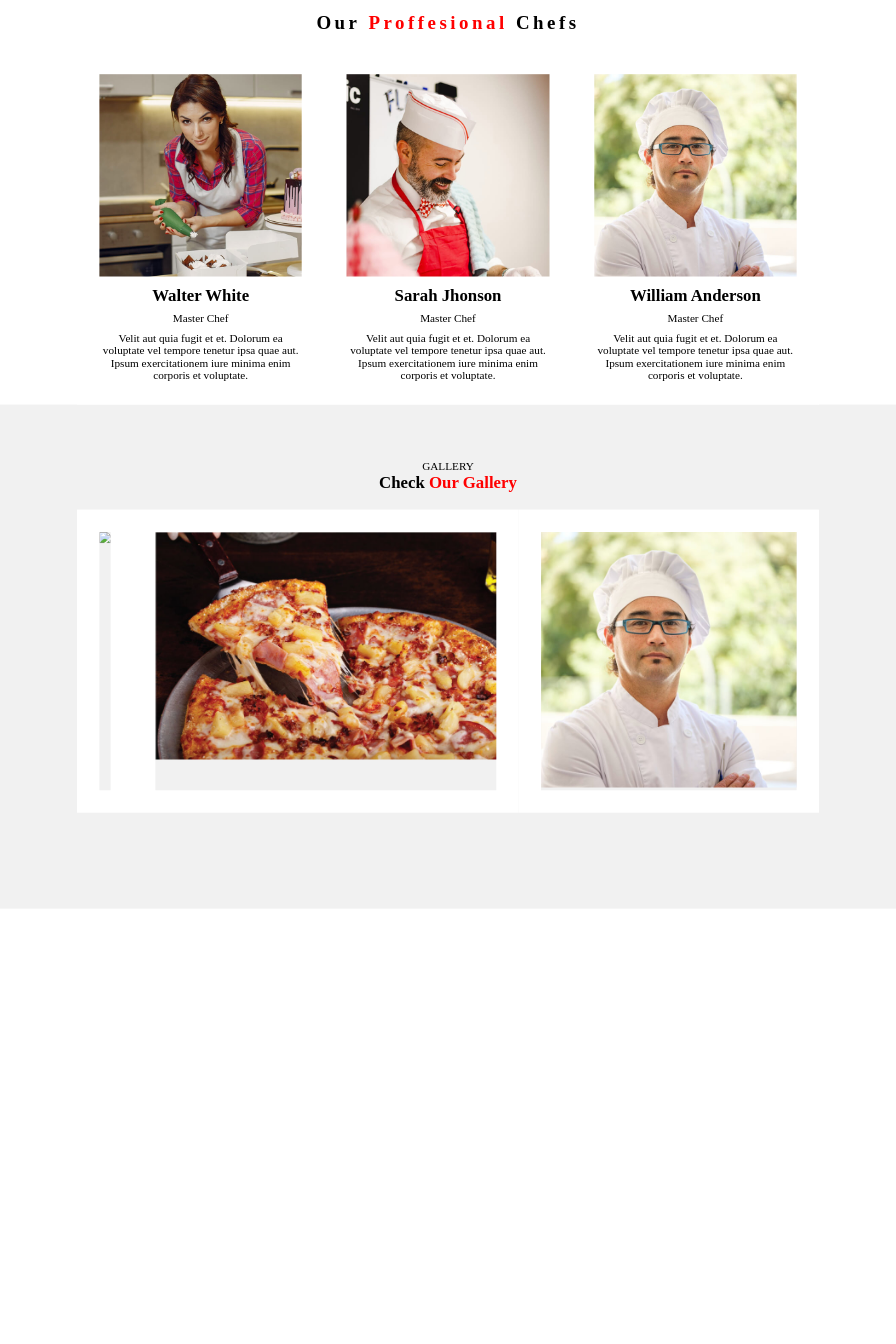
Repository: Ahmedalid/New-project
Page: Rout/index.html
The author's editor kept a copy of each file at every save. The page is drawn from the files as they stood at one save, then again after a run of saves.
The browser window is 1280 px wide. The pictures show the part of the page from y = 850 to 2770 px (the page is 5000 px tall), at 70% of full size.

Above is the page before, as saved 2023-06-08 11:38:02.
Not found: Rout/img/meal-1 (1).jpg alt=

### Rout/index.html
<!DOCTYPE html>
<html lang="en">

<head>
    <meta charset="UTF-8">
    <meta http-equiv="X-UA-Compatible" content="IE=edge">
    <meta name="viewport" content="width=device-width, initial-scale=1.0">
    <link rel="stylesheet" href="https://cdnjs.cloudflare.com/ajax/libs/font-awesome/6.4.0/css/all.min.css">
    <link rel="stylesheet" href="css/style.css">
    <title>Document</title>
</head>

<body>
    <!-- Start NavBar -->
    <nav>
        <div class="div-nav">
            <div class="nav-logo">
                <h1>Mealify</h1>
            </div>
            <div class="nav-item">
                <ul>
                    <li><a href="default.asp" class="home-actiev">Home</a></li>
                    <li><a href="" class="text-color">Chefs</a></li>
                    <li><a href="" class="text-color">Gallery</a></li>
                    <li><a href="" class="text-color">Contact</a></li>
                </ul>
            </div>
            <div class="nav-icon">
                <span><i class="fa-solid fa-moon"></i></span>
            </div>
        </div>
    </nav>
    <!-- End NavBar -->

    <!-- Start Header -->
    <header>
        <div class="div-header">
            <div class="content-header container">
                <h2 class="mt li">Enjoy Your Healthy</h2>
                <h2 class="mt li">Delicious Food</h2>
                <p class="mt text-color">Sed autem laudantium dolores. Voluptatem itaque ea consequatur eveniet.
                    Eum quas beatae cumque eum quaerat.</p>
                <div class="d-flex">
                    <button class="btn-Boolatable">Bool a Table</button>
                    <div class="d-flex mt  ">
                        <a href="" class="icone-headphones"> <span class="headphones d-center"> <i
                                    class="fa-solid fa-headphones "></i></span> </a>
                        <span class="Video">Watch a Video</span>
                    </div>
                </div>
            </div>
            <div class="content-header container">
                <div class="img-header ">
                    <img src="img/hero-img.png" alt="">
                </div>
            </div>
        </div>
    </header>
    <!-- End Header -->
    <section class="container">
        <p class="text-center text-color mt">CHEFS</p>
        <h5 class="li text-center our-section mt">
            Our
            <span class="text-color">Proffesional</span>
            Chefs
        </h5>
        <!-- Card And Img -->
        <div class="d-bettwen">
            <div class="mt card-img">
                <div class="">
                    <img src="img/chefs-2.jpg" alt="">
                    <h2 class="text-center mt-1">Walter White </h5>
                        <p class="text-center mt-1">Master Chef</p>
                        <p class="text-center mt-1">
                            Velit aut quia fugit et et. Dolorum ea voluptate vel
                            tempore tenetur ipsa quae aut. Ipsum
                            exercitationem iure minima enim corporis et voluptate.
                        </p>

                </div>

            </div>
            <div class="mt card-img">
                <div class="">
                    <img src="img/chefs-1.jpg" alt="">
                    <h2 class="text-center mt-1">Sarah Jhonson </h5>
                        <p class="text-center mt-1">Master Chef</p>
                        <p class="text-center mt-1">
                            Velit aut quia fugit et et. Dolorum ea voluptate vel
                            tempore tenetur ipsa quae aut. Ipsum
                            exercitationem iure minima enim corporis et voluptate.
                        </p>

                </div>

            </div>
            <div class="mt card-img">
                <div class="">
                    <img src="img/chefs-3.jpg" alt="">
                    <h2 class="text-center mt-1">William Anderson</h5>
                        <p class="text-center mt-1">Master Chef</p>
                        <p class="text-center mt-1">
                            Velit aut quia fugit et et. Dolorum ea voluptate vel
                            tempore tenetur ipsa quae aut. Ipsum
                            exercitationem iure minima enim corporis et voluptate.
                        </p>

                </div>

            </div>
        </div>
    </section>
    <section class="GALLERY">
        <div class=" container">
          <div class="text-center">
            <p class="mt-5 Check">GALLERY</p>
            <h2 class="mt-5">Check  <span class="text-color">Our Gallery</span> </h2>
          </div>
          <div class="d-bettwen">
            <div class="mt card-img">
                <div class="">
                    <img src="img/meal-1 (1).jpg alt=">


                </div>

            </div>
            <div class="mt card-img">
                <div class="">
                    <img src="img/meal-1.jpg" alt="">


                </div>

            </div>
            <div class="mt card-img">
                <div class="">
                    <img src="img/chefs-3.jpg" alt="">

                </div>

            </div>
        </div>
        </div>
    </section>
</body>

</html>

### Rout/css/style.css
*{
    margin: 0;
    padding: 0;
    box-sizing: border-box;
}
body{
    height: 5000px;
}
nav{
    box-shadow: 0px 16px 43px 0px rgba(0,0,0,0.1),0px 10px 15px -3px rgba(0,0,0,0.1),0px 10px 15px -3px rgba(0,0,0,0.1);
       height: 80px;
       position: sticky;
       top: 0;
       left: 0;
       overflow: auto;
       background-color: white;
}
.div-nav{
     margin: auto 110px;
    display: flex;
   margin-top: 30px;
    justify-content: space-between;
}
.container{
    margin: auto 110px;
}
.nav-item ul li{
    list-style: none;

    width: 100%;

}
.nav-item ul li a{
     text-decoration: none;
     color: black;
     padding: 20px;
     outline: none;
     transition: 0.5;
     font-weight: 400;
}
.nav-item ul li a:hover{
    border-bottom: 2px solid red;
}
.nav-item ul {
          display: flex;
    justify-content: space-between;

}
.nav-logo h1{
    font-weight: bold;
    font-size: 30px;
}
.home-actiev{
    border-bottom: 2px solid red;
    font-weight: bold;
}
.nav-icon span i{
    font-size: 30px;
}
/* End NavBar */
/* Start Header */
/* Start Header */
.div-header{
    display: flex;
}
header{
    background-color: #eeeeee;
    overflow: auto;
    height: 100vh;
}
.content-header{
  margin-top: 160px;
}
img{
    width: 100%;
}
.mt{
    margin-top: 25px;
}
.li{
    letter-spacing: 5px;
}
.text-color{
    color: #7f7f90;
}
.d-flex{
    display: flex;
}
.btn-Boolatable{
    border: none;
    outline: none;
    background-color: red;
    color: white;
    padding: 10px;
    border-radius: 10px;
    margin-top: 30px;
}
.headphones{
    background-color: white;
    border-radius: 50%;
    width: 50px;
    height: 50px;
    border: 5px solid red;
    margin-left: 50px;
    cursor: pointer;
}
.d-center{
    display: flex;
    justify-content: center;
    align-items: center;
}
.Video{
    margin-top: 20px;
    margin-left: 20px;
    font-weight: bold;
    cursor: pointer;
    transition: 0.5s;
}
.Video:hover{
    color: red;
}
.icone-headphones{
    color: black;
    list-style: none;
}

.text-center{
    text-align: center;
    /* margin-top: 50px; */
}
.text-color{
    color: red;
}
.our-section{
    font-size: 27px;
}
.d-bettwen{
    /* width: 33%;
    display: inline-block; */
    display: flex;
    justify-content: space-between;
    transition: 0.5s;
}
.mt-1{
    margin-top: 10px;
}
.card-img h4{
    font-weight:bold;
}
.card-img:hover{
    transform: scale(1.1 , 1.1);
    cursor: pointer;
    transition: 0.5s;
}
.card-img{
    border: 2pc solid white;
}
.GALLERY{
    background-color: #f1f1f1;
    overflow: auto;
    height: 100vh;
}
.Check{
    margin-top: 80px;
}

After the next 2 saves:
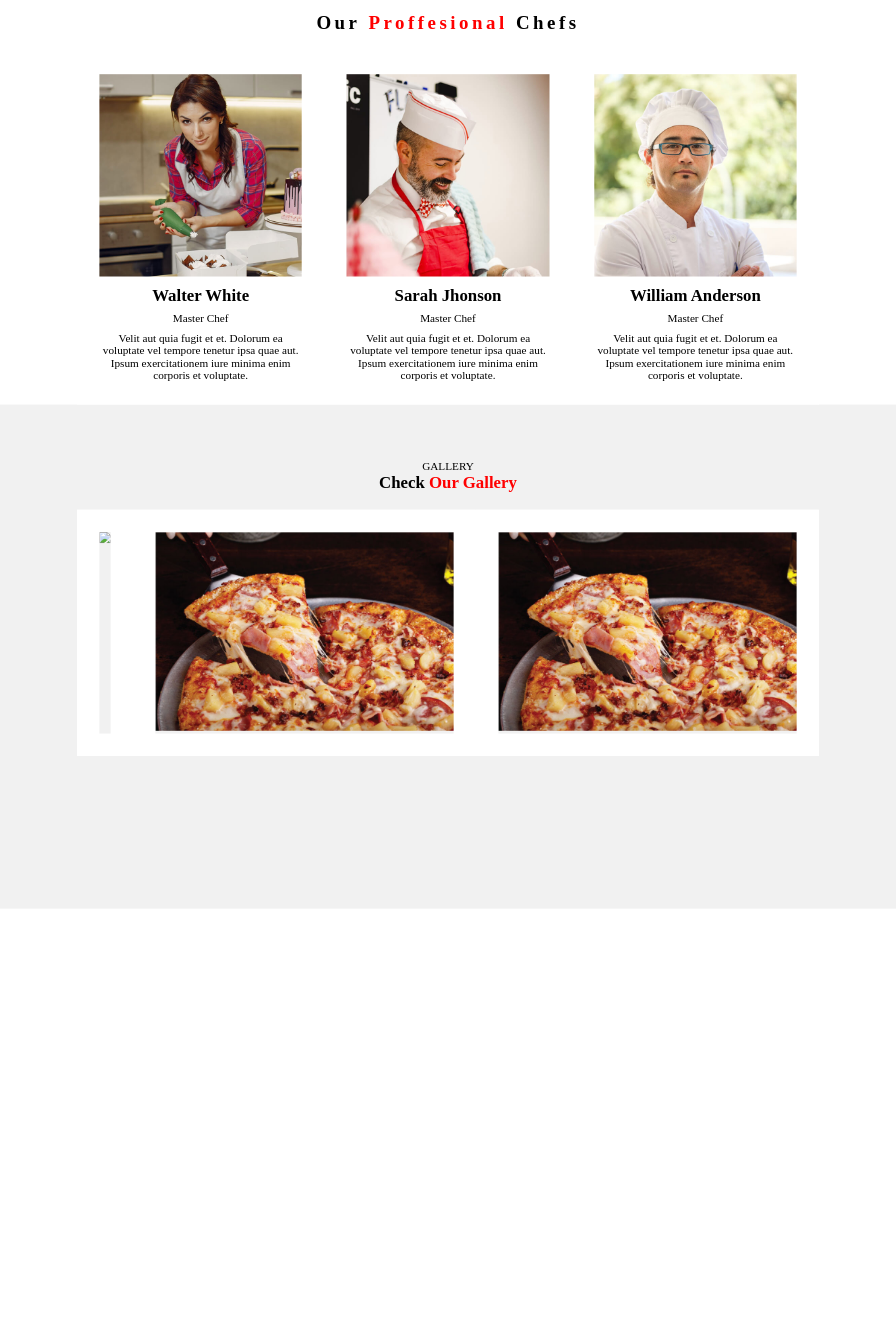
The 2 saves are shown as one change because they came seconds apart.
The last was saved 9 s later.
--- a/Rout/index.html
+++ b/Rout/index.html
@@ -135,7 +135,7 @@
             </div>
             <div class="mt card-img">
                 <div class="">
-                    <img src="img/chefs-3.jpg" alt="">
+                    <img src="img/meal-1.jpg" alt="">
 
                 </div>
 
